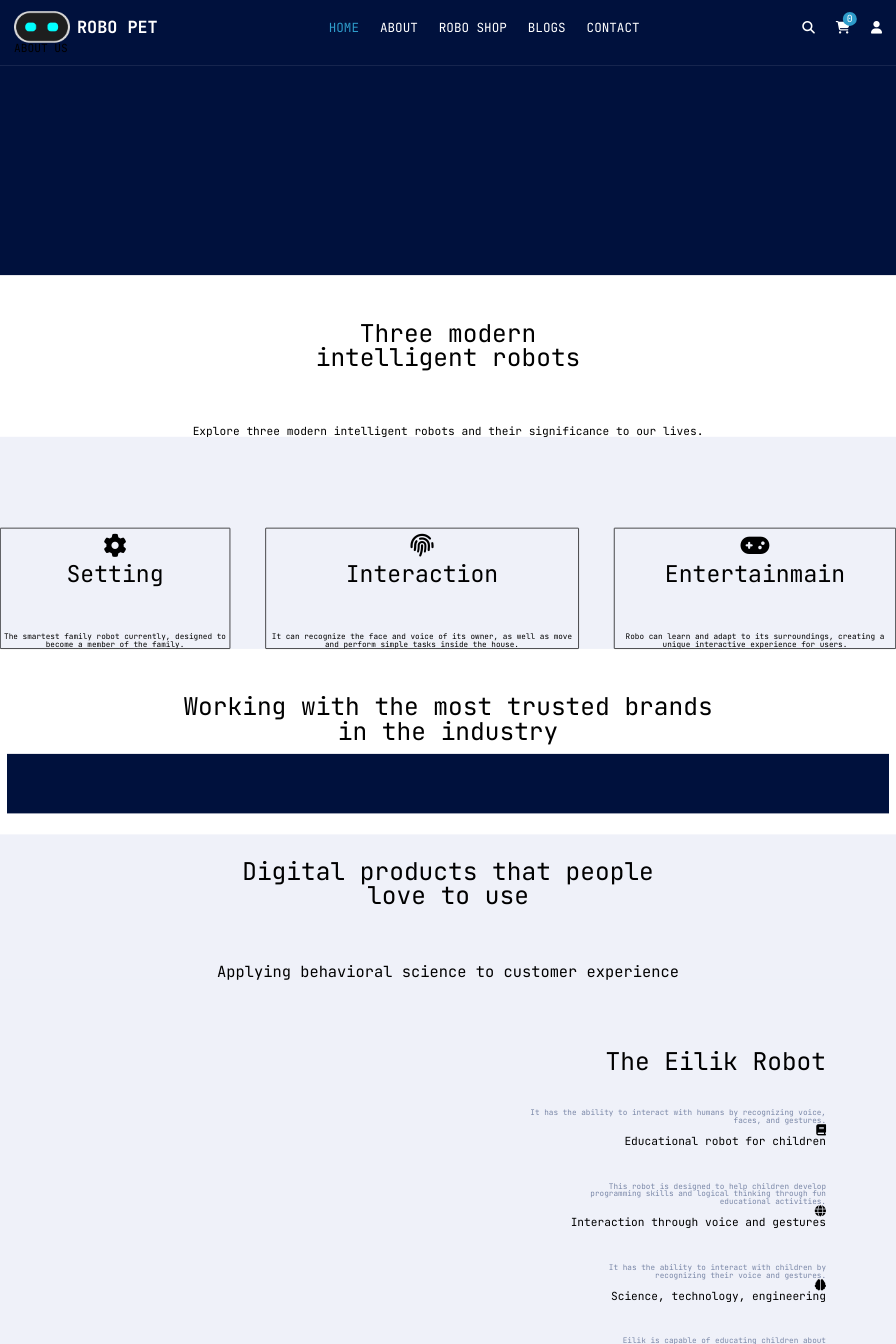
Repository: trietle101/du-an-1
Page: http://localhost/about.html
An editor plug-in stored every save of this project. The page is shown before and after the next save, followed by the edit.
The browser window is 1280 px wide. The pictures show the part of the page from y = 0 to 1920 px (the page is 2637 px tall before and 1452 px after), at 70% of full size.
Some web libraries are served in a nearby version. The page is run by PHP 8.4 with error messages shown; the project is at /var/www/html/.

Above is the page before, as saved 2023-03-12 22:00:31.

### about.html
<!DOCTYPE html>
<html lang="en">
  <head>
    <meta charset="UTF-8" />
    <meta http-equiv="X-UA-Compatible" content="IE=edge" />
    <meta name="viewport" content="width=device-width, initial-scale=1.0" />
    <title>About</title>
    <link rel="stylesheet" href="assets/css/reset.css" />
    <!-- <link rel="stylesheet" href="assets/css/style.css" /> -->
    <link rel="preconnect" href="https://fonts.googleapis.com" />
    <link rel="preconnect" href="https://fonts.gstatic.com" crossorigin />
    <link rel="stylesheet" href="assets/css/about.css">
    <link
      href="https://fonts.googleapis.com/css2?family=JetBrains+Mono:wght@300;400;500;700&display=swap"
      rel="stylesheet"
    />
    <script
      src="https://kit.fontawesome.com/08ee78edd1.js"
      crossorigin="anonymous"
    ></script>
  </head>
  <body>
    <header class="header">
      <div class="container">
        <nav class="header-nav">
          <a href="#" class="header-logo">
            <img src="assets/img/logo.png" />
            <span>ROBO PET</span>
          </a>

          <ul class="nav__list">
            <li class="nav__item">
              <a href="#" class="nav__link active">Home</a>
            </li>
            <li class="nav__item">
              <a href="#" class="nav__link">About</a>
            </li>
            <li class="nav__item">
              <a href="#" class="nav__link">Robo shop</a>
            </li>
            <li class="nav__item">
              <a href="#" class="nav__link">Blogs</a>
            </li>
            <li class="nav__item">
              <a href="#" class="nav__link">Contact</a>
            </li>
          </ul>

          <ul class="nav__list">
            <li class="nav__item">
              <a href="" class="nav__link"
                ><i class="fa-solid fa-magnifying-glass"></i
              ></a>
            </li>
            <li class="nav__item">
              <a href="" class="nav__link absolute">
                <i class="fa-solid fa-cart-shopping"></i>
                <span>0</span>
              </a>
            </li>
            <li class="nav__item">
              <a href="" class="nav__link"><i class="fa-solid fa-user"></i></a>
            </li>
          </ul>
        </nav>
      </div>
      <div class="header-banner">
        <div class="container">
          <h1 class="banner-title">ABOUT US</h1>
        </div>
      </div>
    </header>
    <section class="modern">
      <div class="container">

      </div>
    </section>

    <!--phần banner-->
    <div class="banner">
           </div>
           <div class="name2">
            <h2>Three modern <br>
              intelligent robots</h2>
            <p>Explore three modern intelligent robots and their significance to our lives.</p>

        <div class="box-top">
            <div class="namebox">
                <i class="fa-solid fa-gear"></i>
                <h3>Setting</h3>
                <p>The smartest family robot currently, designed to become a member of the family.</p>
            </div>


            <div  class="namebox">
              <i class="fa-solid fa-fingerprint"></i>
                <h3>Interaction</h3>
                <p>It can recognize the face and voice of its owner, as well as move and perform simple tasks inside the house.</p>
            </div>


            <div class="namebox">
              <i class="fa-solid fa-gamepad"></i>
                <h3>Entertainmain</h3>
                <p>Robo can learn and adapt to its surroundings, creating a unique interactive experience for users.</p>
            </div>
        </div>

        <div class="name2">
          <h2>Working with the most trusted brands <br> in the industry</h2>
        </div>

        <div class="banner2">
        </div>
        <div class="namebanner2">
          <h4>Digital products that people <br> love to use</h4>
          <p>Applying behavioral science to customer experience</p>
          <div class="box-text">
            <h5>The Eilik Robot</h5>
            <p>It has the ability to interact with humans by recognizing voice,<br> faces, and gestures.</p>
               <div class="box-content">
                <i class="fa-solid fa-book"></i>
                <h6>Educational robot for children</h6>
                <p>This robot is designed to help children develop <br> programming skills and logical thinking through fun <br> educational activities.</p>
               </div>

               <div class="box-content">
                <i class="fa-solid fa-globe"></i>
                <h6>Interaction through voice and gestures</h6>
                <p>It has the ability to interact with children by <br> recognizing their voice and gestures.</p>
               </div>

               <div class="box-content">
                <i class="fa-solid fa-brain"></i>
                <h6>Science, technology, engineering</h6>
                <p> Eilik is capable of educating children about <br> science, technology, engineering, and mathematics <br> through interactive...</p>
               </div>

          </div>
          <div class="box-content2">
            <h6>The Emo Robot</h6>
            <p>Emo Robot is a special type of robot designed to interact with <br> humans by detecting and responding to emotions.

              It is capable of recognizing facial expressions, voice,<br>  gestures, and emotions of humans to provide appropriate <br> responses. Emo Robot can help users feel comfortable, reduce <br> stress, and improve mood. Additionally, Emo Robot is also used <br> in research on psychology and linguistics to further understand <br> how humans interact with machines.</p>
          </div>

          <button>View now</button>

          <div class="box-content3">
            <h6>The Vector Robot</h6>
            <p>Vector Robot is a smart home robot developed by Anki. It has  the <br> ability to interact with humans by recognizing voices, faces, <br> and gestures.

              Vector can perform simple tasks around the house, play games, <br> and interact with users. It also has the ability to learn and <br> adapt to its surrounding environment to create a unique <br> interactive experience for users. Vector is considered one of <br> the smartest and cutest home robots on the market.</p>
              <button>View now</button>
            </div>
        </div>
        <div class="endbanner">
          <h2>Versatile Interaction Experience <br> with Eilik, Emo, and Vector</h2>
                <p>Intelligent Robots for Home and Education</p>
                <button>View Now</button>
        </div>
  </body>
  <script src="assets/script/script.js"></script>
</html>

### assets/css/reset.css
/* http://meyerweb.com/eric/tools/css/reset/
   v2.0 | 20110126
   License: none (public domain)
*/
html,
body,
div,
span,
applet,
object,
iframe,
h1,
h2,
h3,
h4,
h5,
h6,
p,
blockquote,
pre,
a,
abbr,
acronym,
address,
big,
cite,
code,
del,
dfn,
em,
img,
ins,
kbd,
q,
s,
samp,
small,
strike,
strong,
sub,
sup,
tt,
var,
b,
u,
i,
center,
dl,
dt,
dd,
ol,
ul,
li,
fieldset,
form,
label,
legend,
table,
caption,
tbody,
tfoot,
thead,
tr,
th,
td,
article,
aside,
canvas,
details,
embed,
figure,
figcaption,
footer,
header,
hgroup,
menu,
nav,
output,
ruby,
section,
summary,
time,
mark,
audio,
video {
  margin: 0;
  padding: 0;
  border: 0;
  font-size: 100%;
  font: inherit;
  vertical-align: baseline;
}

/* HTML5 display-role reset for older browsers */
article,
aside,
details,
figcaption,
figure,
footer,
header,
hgroup,
menu,
nav,
section {
  display: block;
}

body {
  line-height: 1;
}

ol,
ul {
  list-style: none;
}

blockquote,
q {
  quotes: none;
}

blockquote:before,
blockquote:after,
q:before,
q:after {
  content: "";
  content: none;
}

table {
  border-collapse: collapse;
  border-spacing: 0;
}

*,
*:after,
*:before {
  margin: 0;
  padding: 0;
  box-sizing: border-box;
}
ul,
li {
  list-style-type: none;
}
a {
  text-decoration: none;
}

### assets/css/about.css
:root {
  --primary-color: #00113d;
  --secondary-color: #2e9cca;
}

html {
  box-sizing: border-box;
}

img {
  display: block;
  max-width: 100%;
}

body {
  font-family: "JetBrains Mono", sans-serif;
  min-height: 100vh;
  margin: 0;
}
header {
  background: var(--primary-color);
  padding: 1em 0;
  width: 100%;
}
.container {
  max-width: 1240px;
  margin: 0 auto;
}

.header-nav {
  display: flex;
  justify-content: space-between;
  align-items: center;
  flex-wrap: nowrap;
}

.header-logo {
  display: flex;
  justify-content: center;
  align-items: center;
}

.header-logo span {
  text-decoration: none;
  color: #fff;
  font-size: 24px;
  font-weight: bold;
  margin-right: 0.5em;
  margin-left: 10px;
}

.nav__list {
  display: flex;
  justify-content: space-between;
  align-items: center;
  flex-wrap: nowrap;
}

.nav__item:not(:first-child) {
  margin-left: 30px;
}

.nav__link {
  color: #fff;
  text-decoration: none;
  text-transform: uppercase;
  transition: 0.3s ease-in-out;
  font-size: 18px;
}

.nav__link.active {
  color: var(--secondary-color);
}

.nav__link:hover {
  color: var(--secondary-color);
}

.nav__link:hover span {
  color: var(--secondary-color);
  background-color: #fff;
}

.nav__link.absolute {
  position: relative;
}

.nav__link span {
  position: absolute;
  display: inline-block;
  background-color: var(--secondary-color);
  width: 20px;
  height: 20px;
  font-size: 14px;
  text-align: center;
  padding-top: 2px;
  border-radius: 50%;
  top: -10px;
  left: 10px;
  transition: 0.3s ease-in-out;
}

.line-effect {
  width: 0;
  height: 2px;
  background-color: var(--secondary-color);
  position: fixed;
  pointer-events: none;
  transition: all 0.25s linear;
}

.banner {
  height: 300px;
  margin: auto;
  background-color: #00113d;
}
.namebanner {
  font-size: 58px;
  color: #ffff;
  padding: 135px;
}
.namebanner h1 {
  text-align: center;
}
.name2 {
  height: 110px;
  background-color: #ffff;
}
.name2 h2 {
  font-size: 35px;
  text-align: center;
  padding-top: 35px;
  margin: 30px;
}
.name2 p {
  text-align: center;
  padding-top: 50px;
}
.box-top {
  font-size: 33px;
  background-color: #eff1f9;
  text-align: center;
  display: flex;
  justify-content: space-between;
  padding-top: 130px;
  /* border:1px solid black; */
  gap: 50px;
}
.namebox {
  width: calc(100% 3);
  border: 1px solid black;
  border-radius: 1px;
}
.namebox i {
  margin: 8px;
}
.namebox h3 {
  height: 50px;
  font-size: 33px;
}
.namebox p {
  font-size: 11px;
}
.banner2 {
  margin: 10px;
  background-color: #00113d;
  height: 85px;
}
.namebanner2 {
  background-color: #eff1f9;
}
.namebanner2 h4 {
  font-size: 35px;
  text-align: center;
  padding-top: 35px;
  margin: 30px;
}
.namebanner2 p {
  font-size: 22px;
}
.box-text {
  text-align: right;
  border: 100px solid #eff1f9;
}
.box-text h5 {
  font-size: 35px;
}
.box-text p {
  color: #7b88a8;
  font-size: 11px;
  text-align: right;
}
.box-content {
}
.box-content h5 {
  font-size: 16px;
}
.box-content p {
  font-size: 11px;
}
.box-content2 {
  text-align: left;
}
.box-content2 h6 {
  font-size: 30px;
}
.box-content2 p {
  color: #7b88a8;
  font-size: 11px;
  text-align: left;
}
.box-content2 button {
  background-color: #00113d;
  border: 1px;
  border-radius: 5px solid;
}
.box-content3 {
  text-align: right;
}
.box-content3 h6 {
  font-size: 30px;
}
.box-content3 p {
  color: #7b88a8;
  font-size: 11px;
  text-align: right;
}
.box-content3 button {
  background-color: #7b88a8;
  border: 1px;
  border-radius: 5px solid;
  text-align: right;
}
.endbanner {
  background-color: #ffffff;
  text-align: center;
  font-size: 16px;
}
.endbanner p {
  font-size: 11px;
}

### assets/script/script.js
window.addEventListener("load", function () {
  // --- Menu ---
  const links = [...document.querySelectorAll(".nav__link")];
  links.forEach((item) => item.addEventListener("mouseenter", handleHoverLink));
  const line = document.createElement("div");
  line.classList = "line-effect";
  document.body.appendChild(line);

  function handleHoverLink(event) {
    const { left, top, width, height } = event.target.getBoundingClientRect();
    const offsetBottom = 5;
    line.style.width = `${width}px`;
    line.style.left = `${left}px`;
    line.style.top = `${top + height + offsetBottom}px`;
  }
  const menu = document.querySelector(".nav__list");
  menu.addEventListener("mouseleave", function () {
    line.style.width = 0;
  });

  const nav = document.querySelectorAll(".nav__link");
  nav.forEach((item) => {
    item.addEventListener("click", () => {
      nav.forEach((item) => {
        item.classList.remove("active");
      });
      item.classList.add("active");
    });
  });
});

After the next save:
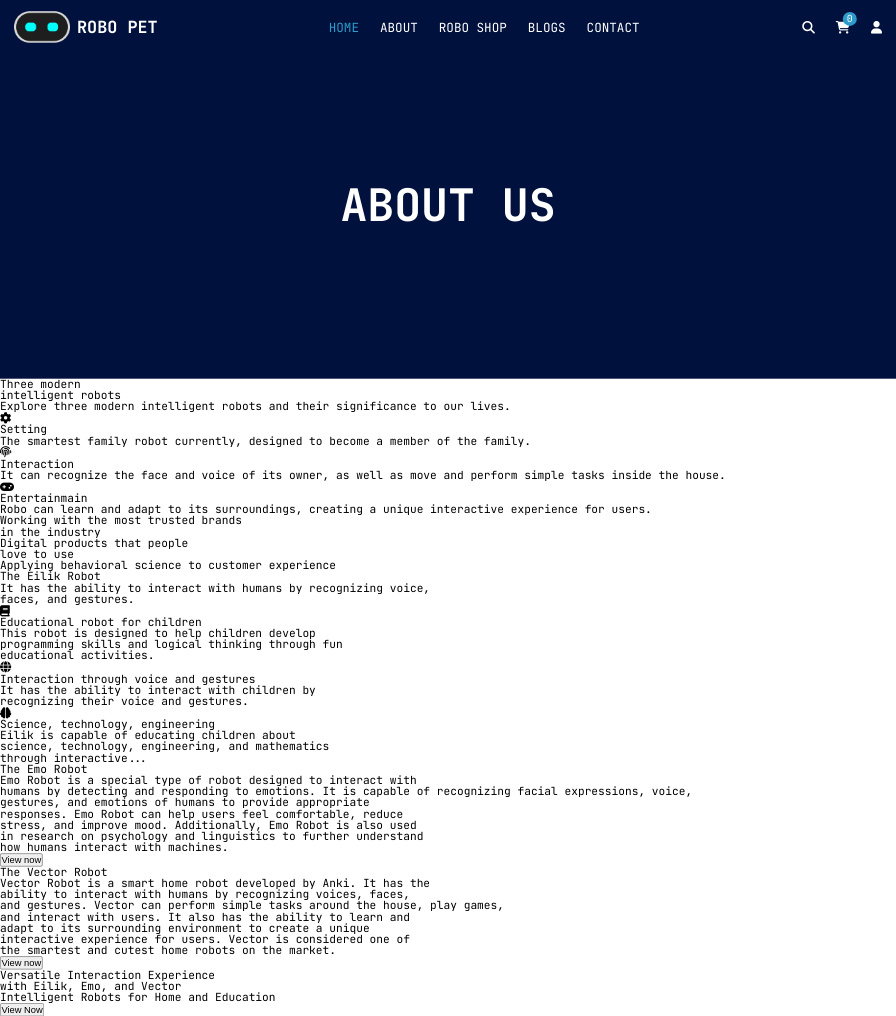
Saved 43 s later.
--- a/assets/css/about.css
+++ b/assets/css/about.css
@@ -108,134 +108,17 @@
   pointer-events: none;
   transition: all 0.25s linear;
 }
-
-.banner {
-  height: 300px;
-  margin: auto;
+.header-banner {
+  width: 100%;
+  max-height: 500px;
+  margin: 0 auto;
   background-color: #00113d;
+  padding: 200px 0;
 }
-.namebanner {
-  font-size: 58px;
-  color: #ffff;
-  padding: 135px;
-}
-.namebanner h1 {
+.banner-title {
+  font-weight: 700;
+  font-size: 64px;
+  color: #fff;
+  text-transform: uppercase;
   text-align: center;
 }
-.name2 {
-  height: 110px;
-  background-color: #ffff;
-}
-.name2 h2 {
-  font-size: 35px;
-  text-align: center;
-  padding-top: 35px;
-  margin: 30px;
-}
-.name2 p {
-  text-align: center;
-  padding-top: 50px;
-}
-.box-top {
-  font-size: 33px;
-  background-color: #eff1f9;
-  text-align: center;
-  display: flex;
-  justify-content: space-between;
-  padding-top: 130px;
-  /* border:1px solid black; */
-  gap: 50px;
-}
-.namebox {
-  width: calc(100% 3);
-  border: 1px solid black;
-  border-radius: 1px;
-}
-.namebox i {
-  margin: 8px;
-}
-.namebox h3 {
-  height: 50px;
-  font-size: 33px;
-}
-.namebox p {
-  font-size: 11px;
-}
-.banner2 {
-  margin: 10px;
-  background-color: #00113d;
-  height: 85px;
-}
-.namebanner2 {
-  background-color: #eff1f9;
-}
-.namebanner2 h4 {
-  font-size: 35px;
-  text-align: center;
-  padding-top: 35px;
-  margin: 30px;
-}
-.namebanner2 p {
-  font-size: 22px;
-}
-.box-text {
-  text-align: right;
-  border: 100px solid #eff1f9;
-}
-.box-text h5 {
-  font-size: 35px;
-}
-.box-text p {
-  color: #7b88a8;
-  font-size: 11px;
-  text-align: right;
-}
-.box-content {
-}
-.box-content h5 {
-  font-size: 16px;
-}
-.box-content p {
-  font-size: 11px;
-}
-.box-content2 {
-  text-align: left;
-}
-.box-content2 h6 {
-  font-size: 30px;
-}
-.box-content2 p {
-  color: #7b88a8;
-  font-size: 11px;
-  text-align: left;
-}
-.box-content2 button {
-  background-color: #00113d;
-  border: 1px;
-  border-radius: 5px solid;
-}
-.box-content3 {
-  text-align: right;
-}
-.box-content3 h6 {
-  font-size: 30px;
-}
-.box-content3 p {
-  color: #7b88a8;
-  font-size: 11px;
-  text-align: right;
-}
-.box-content3 button {
-  background-color: #7b88a8;
-  border: 1px;
-  border-radius: 5px solid;
-  text-align: right;
-}
-.endbanner {
-  background-color: #ffffff;
-  text-align: center;
-  font-size: 16px;
-}
-.endbanner p {
-  font-size: 11px;
-}
